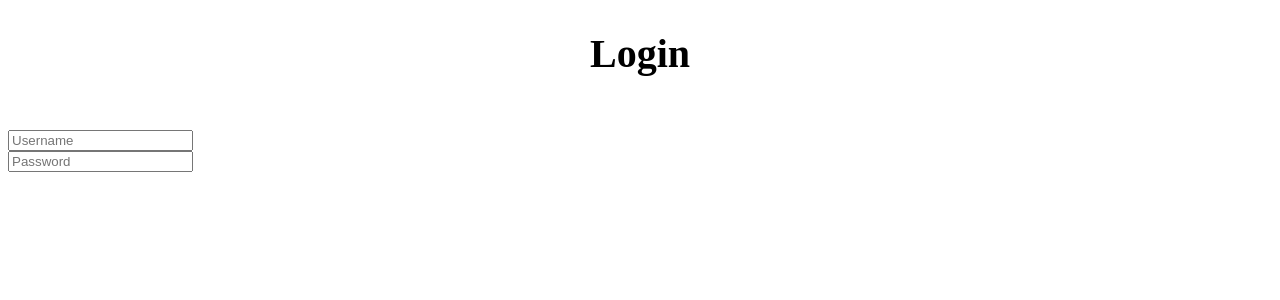
Repository: yhung004/TUTORIAL_PAGE
Page: log_in.html
An editor plug-in stored every save of this project. The page is shown before and after the next save, followed by the edit.
The browser window is 1280 px wide. The pictures show the whole page.

Above is the page before, as saved 2024-04-10 12:09:01.

After the next save:
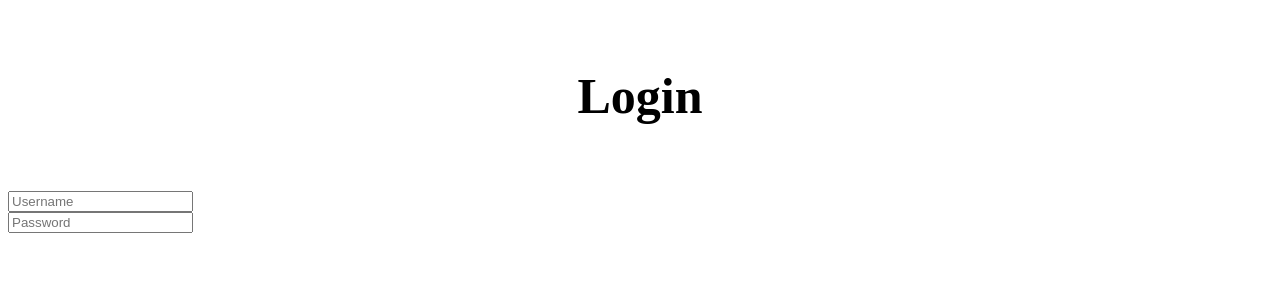
Saved 12 s later.
--- a/main.css
+++ b/main.css
@@ -41,6 +41,6 @@ a.button_a1 {
 }
 .login {
     text-align:center;
-    font-size: 40px;
-    margin-top: 30px;
+    font-size: 50px;
+
 }
